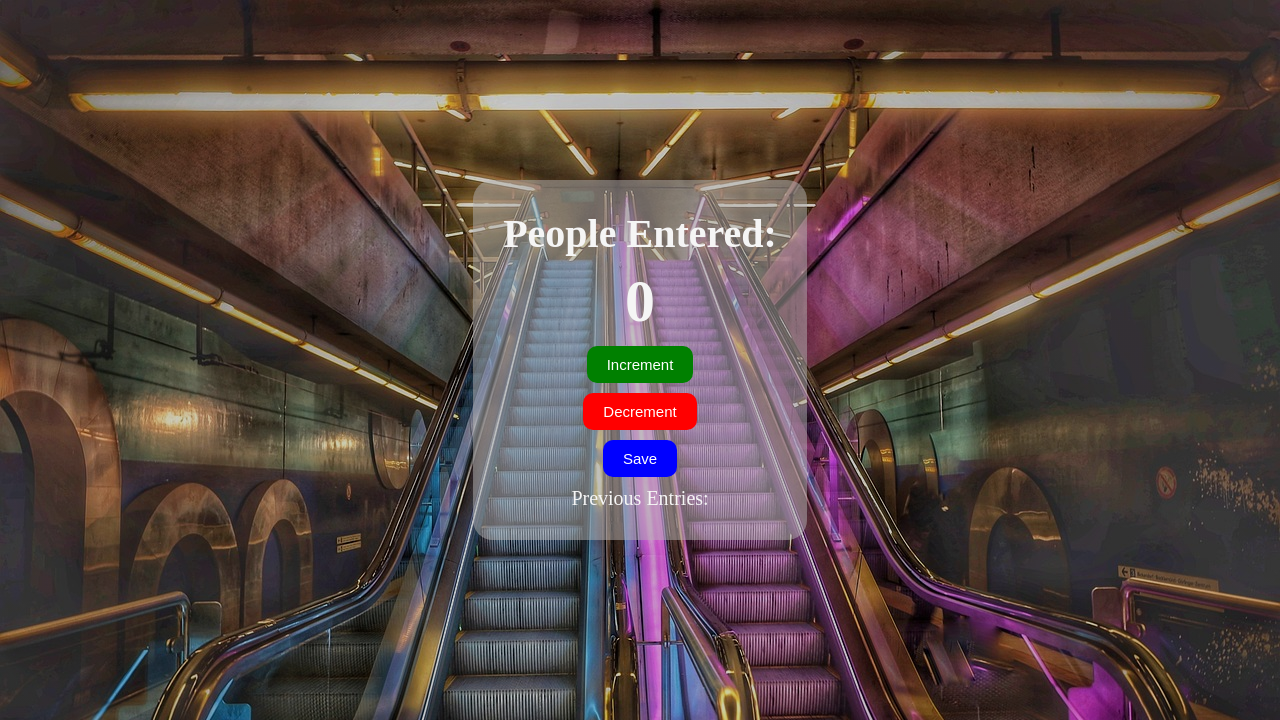
Repository: raghhavv03/javascript-practice
Page: task-1/index.html
These files come from the project's save history. The page is drawn as it stood at one moment and after a run of saves; the edit follows.
The browser window is 1280 px wide. The pictures show the whole page.

Above is the page before, as saved 2026-02-06 16:06:58.

After the next 2 saves:
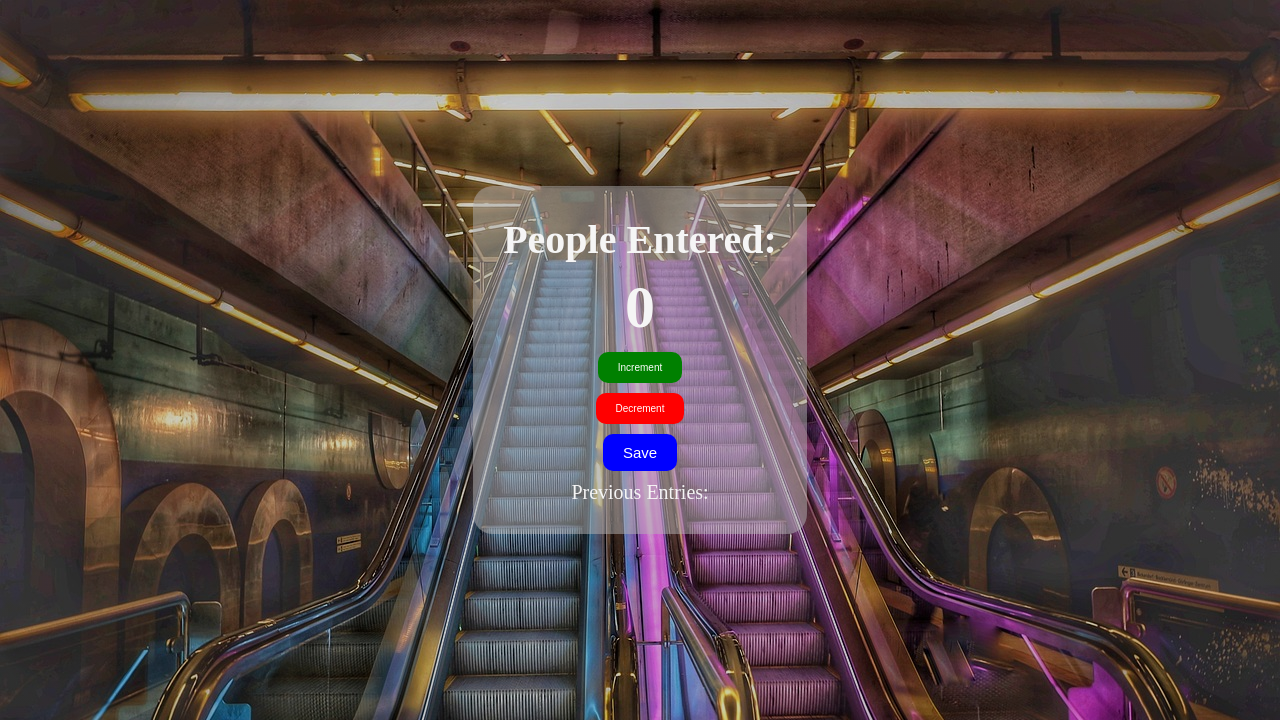
The 2 saves are shown as one change because they came seconds apart.
The last was saved 41 s later.
--- a/task-1/style.css
+++ b/task-1/style.css
@@ -35,7 +35,7 @@
 
 #increment-btn {
     padding: 10px 20px;
-    font-size:15px;
+    font-size:10px;
     border: none;
     border-radius: 10px;
     background-color: green;
@@ -45,7 +45,7 @@
 
 #decrement-btn {
     padding: 10px 20px;
-    font-size:15px;
+    font-size:10px;
     border: none;
     border-radius: 10px;
     background-color: red;

After the 3 saves that followed:
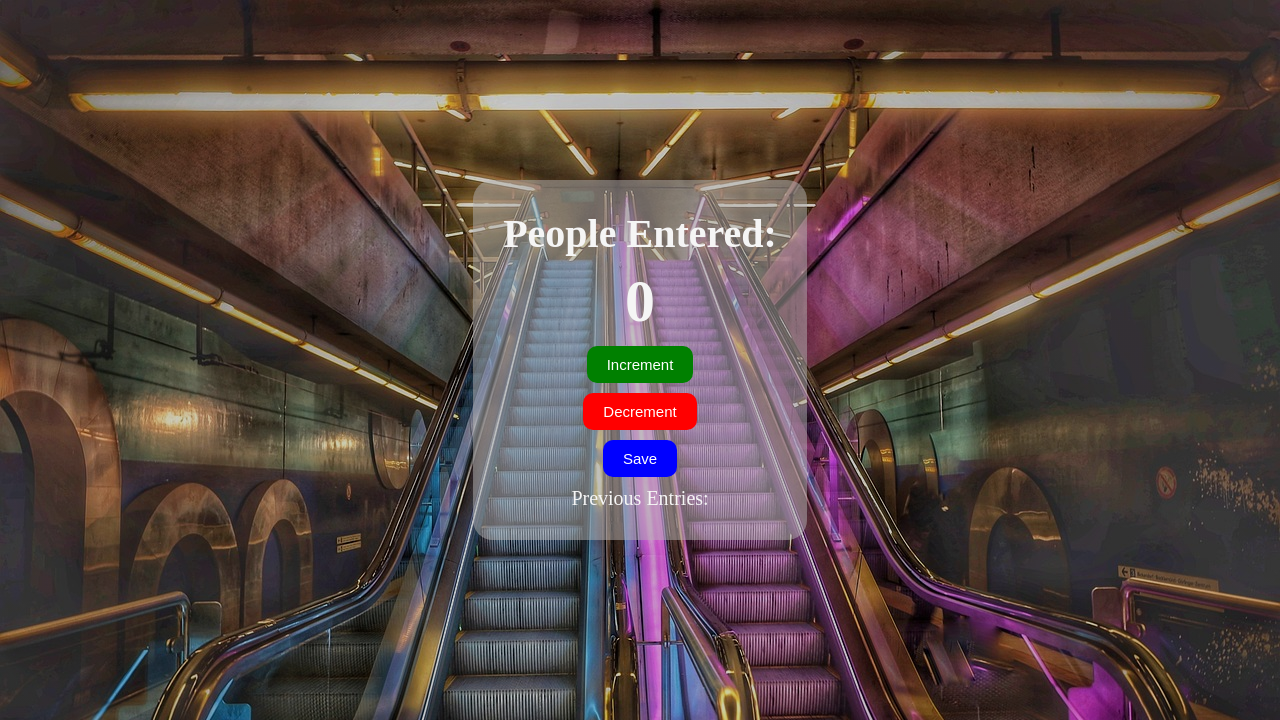
The 3 saves are shown as one change because they came seconds apart.
The last was saved 8 s later.
--- a/task-1/style.css
+++ b/task-1/style.css
@@ -35,7 +35,7 @@
 
 #increment-btn {
     padding: 10px 20px;
-    font-size:10px;
+    font-size:15px;
     border: none;
     border-radius: 10px;
     background-color: green;
@@ -45,7 +45,7 @@
 
 #decrement-btn {
     padding: 10px 20px;
-    font-size:10px;
+    font-size:15px;
     border: none;
     border-radius: 10px;
     background-color: red;
